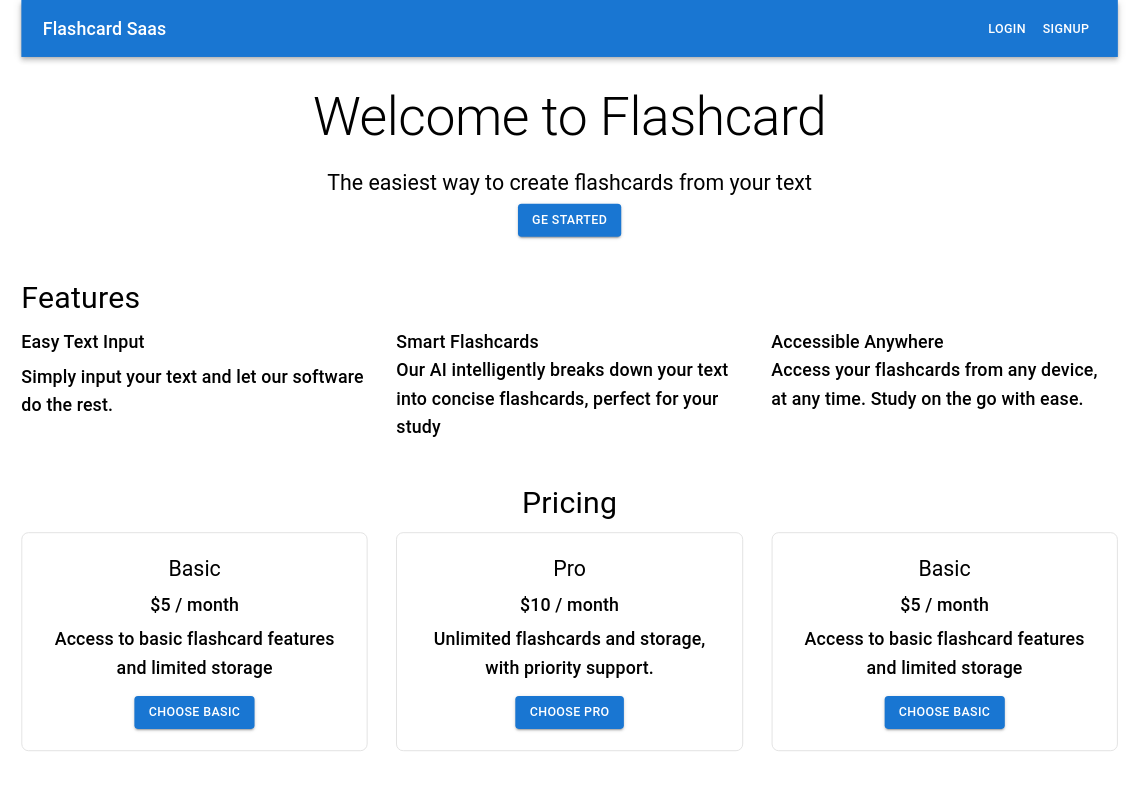
Repository: rakeshpuppala2590/AI-Flashcards-Stripe
Page: /
These files come from the project's save history. The page is drawn as it stood at one moment and after the next save; the edit follows.
The browser window is 1280 px wide. The pictures show the whole page, at 89% of full size.
The page's requests for data from a server got no answer. The project was rebuilt for these pictures with package versions that can differ from the ones it lists, and the page was loaded fresh each time. Some packages were replaced by stand-ins written for this rebuild. The framework's server and built-in components were replaced by stand-ins that run in the browser. No one was signed in, and anything a server would have sent is missing. Also part of the build but not shown: next.config.mjs.

Above is the page before, as saved 2024-08-12 15:26:45.

After the next save:
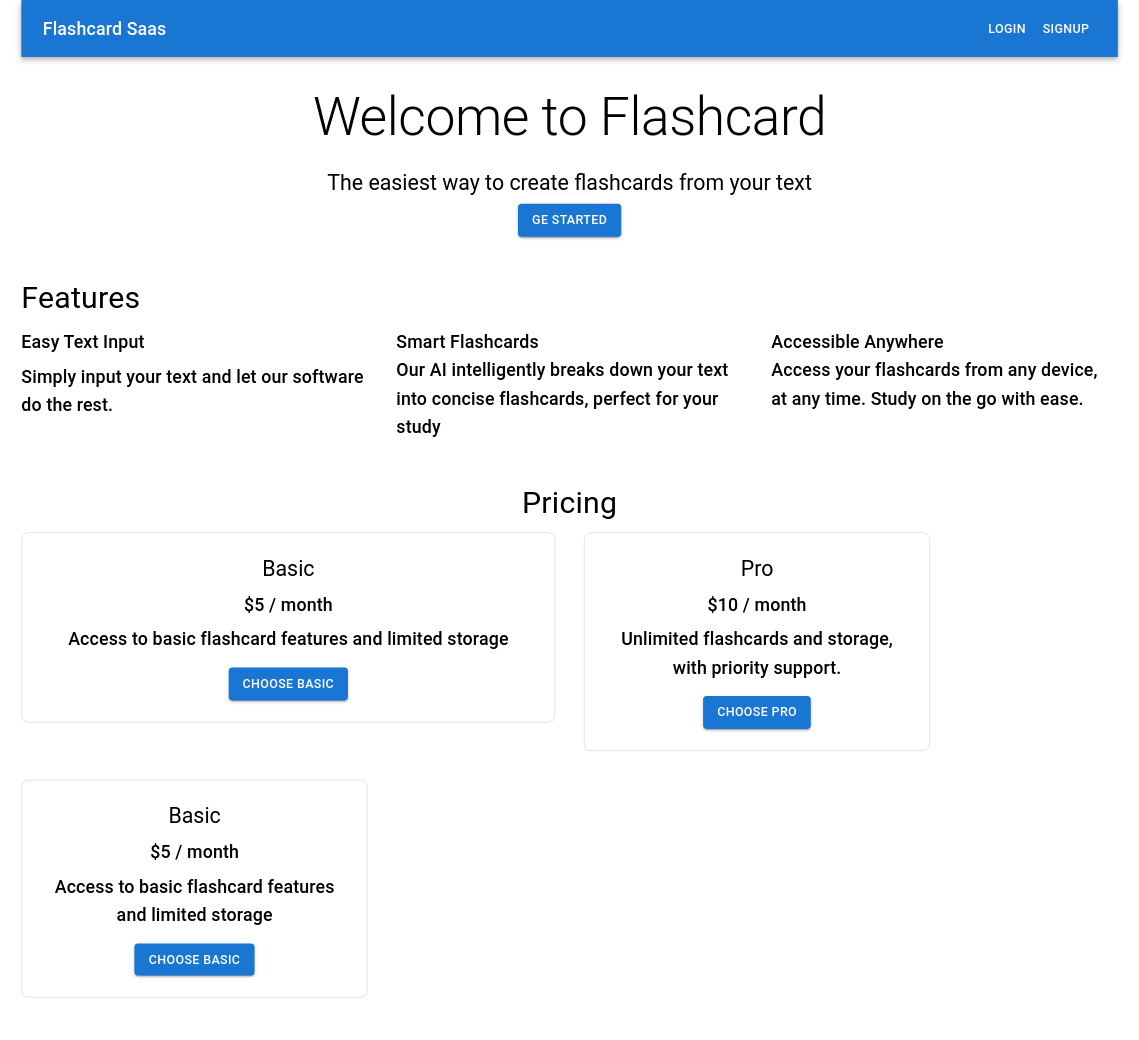
Saved 23 s later.
--- a/src/app/page.js
+++ b/src/app/page.js
@@ -94,7 +94,7 @@
           Pricing
         </Typography>
         <Grid container spacing={4}>
-          <Grid item xs={12} md={4}>
+          <Grid item xs={12} md={6}>
             <Box
               sx={{
                 p: 3,

After the save that followed:
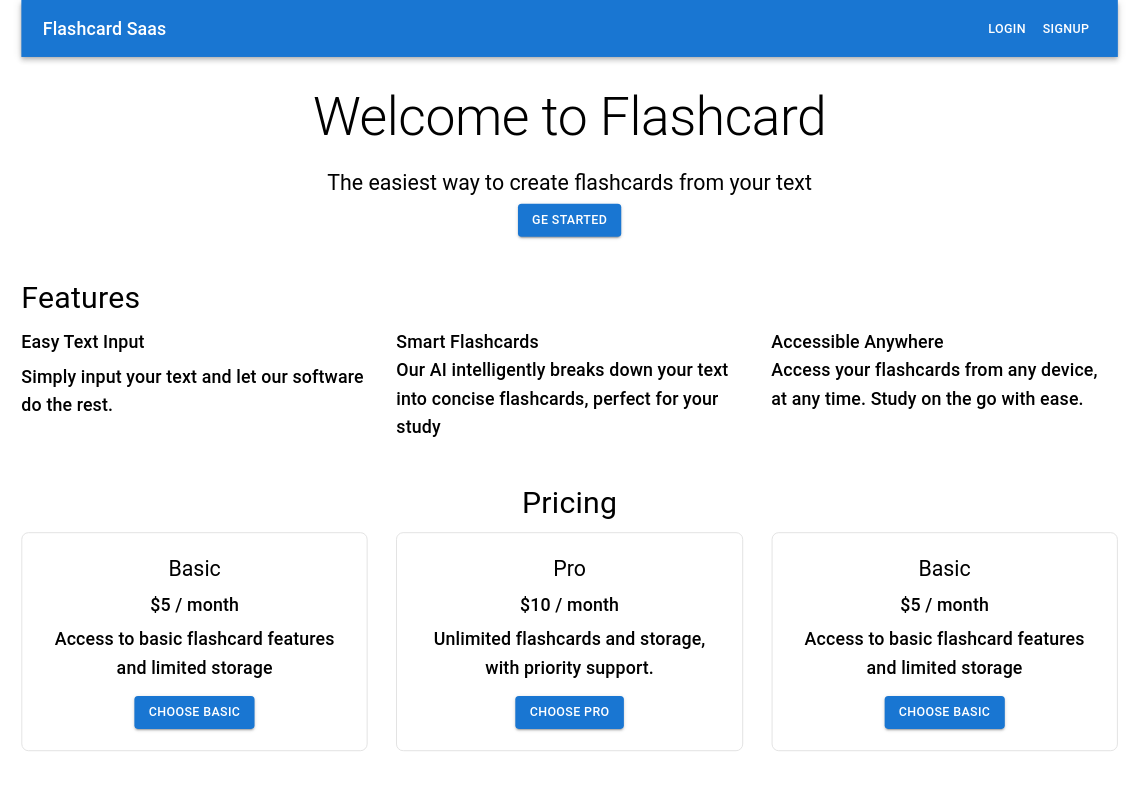
Saved 5 s later.
--- a/src/app/page.js
+++ b/src/app/page.js
@@ -94,7 +94,7 @@
           Pricing
         </Typography>
         <Grid container spacing={4}>
-          <Grid item xs={12} md={6}>
+          <Grid item xs={12} md={4}>
             <Box
               sx={{
                 p: 3,
